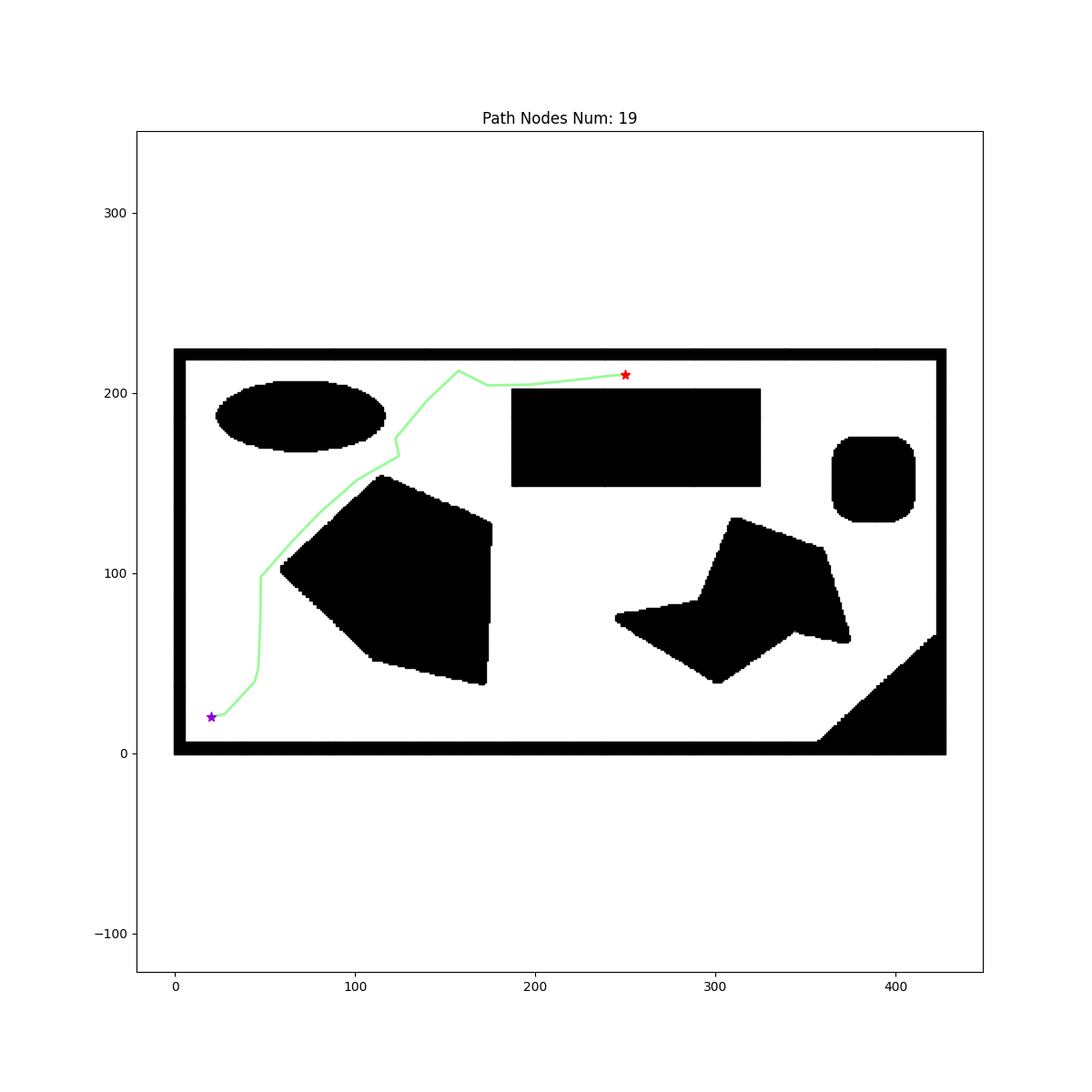
Repository: BaoL067/Pnc-Learning
Script's output: python sampling_based_planner/rrt_star.py
These files come from the project's save history. The script's output is drawn as it stood at one moment and after the next save; the edit follows.
The pictures are shown at 91% of full size.
Animations are shown at an early frame. Random numbers start from a fixed seed. It also reads sampling_based_planner/maps/map3.png.

Above is the script's output before, as saved 2024-10-06 15:42:05.

### sampling_based_planner/rrt_star.py
import math
import random

import sys
import matplotlib.pyplot as plt
import cv2
import pathlib
import numpy as np

SHOW_SAMPLING_PROCESS = True
random.seed(0)
class RRTStar:
    class Node:
        def __init__(self, x, y):
            # the position of node
            self.x = x
            self.y = y
            # the path between current node and its parent
            self.path_x = []
            self.path_y = []
            # the cost of node
            self.cost = 0
            # the parent of node
            self.parent = None

        def reset(self):
            self.path_x = []
            self.path_y = []
            self.parent = None


    def __init__(self,
                start,
                goal,
                x_rand_area,
                y_rand_area,
                obstacle_map = None,
                extend_dist = 10.0,
                path_resolution = 1.0,
                goal_sample_rate = 10,
                max_iter = 1000,
                near_nodes_dist_threshold = 30.0,
                search_until_max_iter = False):

        self.start = self.Node(start[0], start[1])
        self.end = self.Node(goal[0], goal[1])
        self.x_min_rand = x_rand_area[0]
        self.x_max_rand = x_rand_area[1]
        self.y_min_rand = y_rand_area[0]
        self.y_max_rand = y_rand_area[1]
        self.obstacle_map = obstacle_map
        self.extend_dist = extend_dist
        self.path_resolution = path_resolution
        self.goal_sample_rate = goal_sample_rate
        self.max_iter = max_iter

        self.near_nodes_dist_threshold = near_nodes_dist_threshold
        self.search_until_max_iter = search_until_max_iter

        self.goal_node = self.Node(goal[0], goal[1])
        self.node_list = []

    def planning(self):
        self.draw_start_and_goal()
        self.node_list = [self.start]

        for i in range(self.max_iter):
            # TODO: 1. generate random node within the x/y range
            random_node = self.generate_random_node()

            # TODO: 2. find the nearest node to random node in the tree
            nearest_node = min(self.node_list, key=lambda node: math.hypot(node.x - random_node.x, node.y - random_node.y))

            # TODO: 3. Steer the nearest_node to random with extend_dist
            dx = random_node.x - nearest_node.x
            dy = random_node.y - nearest_node.y
            d = math.hypot(dx, dy)
            if d >= self.path_resolution:
                new_node = self.Node(nearest_node.x + self.extend_dist * dx / d, nearest_node.y + self.extend_dist * dy / d)
                self.rewire(new_node, nearest_node)
            else:
                continue

            if self.check_collision_with_obs_map(new_node, self.obstacle_map):
                # RRT implementation
                self.node_list.append(new_node)

                # RRT* implementation
                # TODO: 4. find nodes near the new_node, and choose the parent which maintains a minimum-cost from the start node
                near_nodes = [node for node in self.node_list if math.hypot(node.x - new_node.x, node.y - new_node.y) <= self.near_nodes_dist_threshold]
                optimal_node = min(near_nodes, key=lambda node: node.cost + math.hypot(node.x - new_node.x, node.y - new_node.y))
                self.rewire(new_node, optimal_node)

                # # while near_nodes:
                # #     near_nodes.remove(optimal_node)
                # #     new_node.rewire(optimal_node)
                # #     if self.check_collision_with_obs_map(new_node, self.obstacle_map):
                # #         break
                # #     else:
                # #         new_node.reset()
                # #         continue

                # # TODO: 5. rewire the tree and draw current node and the edge between it and its parent node
                # for near_node in near_nodes:
                #     if near_node.cost > new_node.cost + math.hypot(near_node.x - new_node.x, near_node.y - new_node.y):
                #         near_node.rewire(new_node)
                #         if not self.check_collision_with_obs_map(near_node, self.obstacle_map):
                #             near_node.reset()
                #             continue
                #         # self.draw_node_and_edge(near_node)
            else:
                new_node.reset()
                continue

            # TODO: 6. check if the tree has extended to the vicinity of the goal point, if so, select a suitable
            # node directly to connect to the goal, if the edge does not collide with obstacles, the search can
            # be finished, return the entire path which is extracted by backtracking.
            if ((not self.search_until_max_iter) and new_node):
                if (math.hypot(new_node.x - self.end.x, new_node.y - self.end.y) <= self.extend_dist):
                    self.rewire(self.end, new_node)
                    if self.check_collision_with_obs_map(self.end, self.obstacle_map):
                        return self.backtracking(len(self.node_list) - 1)
                    else:
                        self.end.reset()

        print("reach max iteration")
        # TODO: 7. reach max iteration, backtracking to extract the path between the last node and the start node
        return self.backtracking(len(self.node_list) - 1)

    def generate_random_node(self):
        if random.randint(0, 100) > self.goal_sample_rate:
            random_node = self.Node(random.uniform(self.x_min_rand, self.x_max_rand),
                                    random.uniform(self.y_min_rand, self.y_max_rand))
            return random_node
        else:  # select goal point
            return self.Node(self.end.x, self.end.y)

    def backtracking(self, goal_idx):
        """
            backtracking from last index to retrieve the entire path.
        """
        path = [[self.end.x, self.end.y]]
        node = self.node_list[goal_idx]
        while node.parent is not None:
            path.append([node.x, node.y])
            node = node.parent
        path.append([node.x, node.y])

        return path

    def check_collision_with_obs_map(self, node, obstacle_map):
        if node is None or obstacle_map[round(node.x)][round(node.y)] == True:
            return False

        for x, y in zip(node.path_x, node.path_y):
            if (obstacle_map[round(x)][round(y)] == True):
                return False  # collision

        return True  # safe

    def draw_start_and_goal(self):
        plt.plot(self.start.x, self.start.y, marker='*', color='darkviolet', markersize=8, zorder=100000)
        plt.plot(self.end.x, self.end.y, marker='*', color='r', markersize=8, zorder=100000)

    def draw_node_and_edge(self, node):
        # for stopping simulation with the esc key.
        plt.gcf().canvas.mpl_connect('key_release_event',
                                    lambda event: [exit(0) if event.key == 'escape' else None])
        plt.plot(node.x, node.y, '.', color='cornflowerblue')
        if node.parent:
            plt.plot(node.path_x, node.path_y, '-', color='lightpink')
        if (SHOW_SAMPLING_PROCESS):
            plt.pause(0.00000001)

    def generate_path(self, node):
        dx = node.x - node.parent.x
        dy = node.y - node.parent.y
        d = math.hypot(dx, dy)

        steps = int(round(d / self.path_resolution))

        node.path_x = np.linspace(node.parent.x, node.x, steps).tolist()
        node.path_y = np.linspace(node.parent.y, node.y, steps).tolist()


    def rewire(self, node, new_parent):
        node.parent = new_parent
        self.generate_path(node)
        node.cost = new_parent.cost + math.hypot(node.x - new_parent.x, node.y - new_parent.y)



def preprocess_image(image, threshold):
    # convert to gray image
    gray_img = cv2.cvtColor(image, cv2.COLOR_RGB2GRAY)
    # binarization
    _, binary_img = cv2.threshold(gray_img, threshold, 255, cv2.THRESH_BINARY)
    return binary_img

def extract_obstacle_list_from_img(binary_img):
    obstacle_x_list = []
    obstacle_y_list = []
    # get the size of binary image
    rows, cols = binary_img.shape[:2]

    for i in range(rows):
        for j in range(cols):
            if binary_img[i, j] == 0:
                # convert image frame to world frame
                obstacle_x_list.append(j)
                obstacle_y_list.append(rows - i - 1)

    return obstacle_x_list, obstacle_y_list

def extract_obstacle_map_list_from_img(binary_img):
    # get the size of binary image
    img_rows, img_cols = binary_img.shape[:2]

    # convert image frame to world frame
    map_x_size = img_cols
    map_y_size = img_rows

    # construct obstacle map
    obstacle_map = [[False for y in range(map_y_size)] for x in range(map_x_size)]

    for x in range(map_x_size):
        for y in range(map_y_size):
            if binary_img[map_y_size - y - 1, x] == 0:
                obstacle_map[x][y] = True

    return obstacle_map

def main():
    # read image map
    image = cv2.imread(str(pathlib.Path.cwd()) + "\sampling_based_planner\maps\map3.png")
    # transform to binary image
    binary_img = preprocess_image(image, 127)
    # extract obstacle map from image
    obstacle_map = extract_obstacle_map_list_from_img(binary_img)

    x_size = len(obstacle_map)
    y_size = len(obstacle_map[0])

    obs_x_list, obs_y_list = [], []
    for x in range(len(obstacle_map)):
        for y in range(len(obstacle_map[0])):
            if obstacle_map[x][y] == True:
                obs_x_list.append(x)
                obs_y_list.append(y)

    plt.figure(figsize=(12, 12))
    plt.axis("equal")
    plt.plot(obs_x_list, obs_y_list, 'sk', markersize=2)

    rrt_star = RRTStar(
        start=[20, 20],
        goal=[250, 210],
        x_rand_area=[0, len(obstacle_map)],
        y_rand_area=[0, len(obstacle_map[0])],
        obstacle_map=obstacle_map,
        extend_dist=8.0,
        max_iter=3000,
        near_nodes_dist_threshold=30.0,
        search_until_max_iter=False)

    path = rrt_star.planning()
    path_nodes_num = len(path)

    if path is None:
        print("Cannot find path")
    else:
        print("Find path!")

    # draw final path
    plt.plot([x for (x, y) in path], [y for (x, y) in path], '-', linewidth=2.0, color='palegreen')
    plt.title(f"Path Nodes Num: {path_nodes_num}")
    plt.show()

if __name__ == '__main__':
    main()

After the next save:
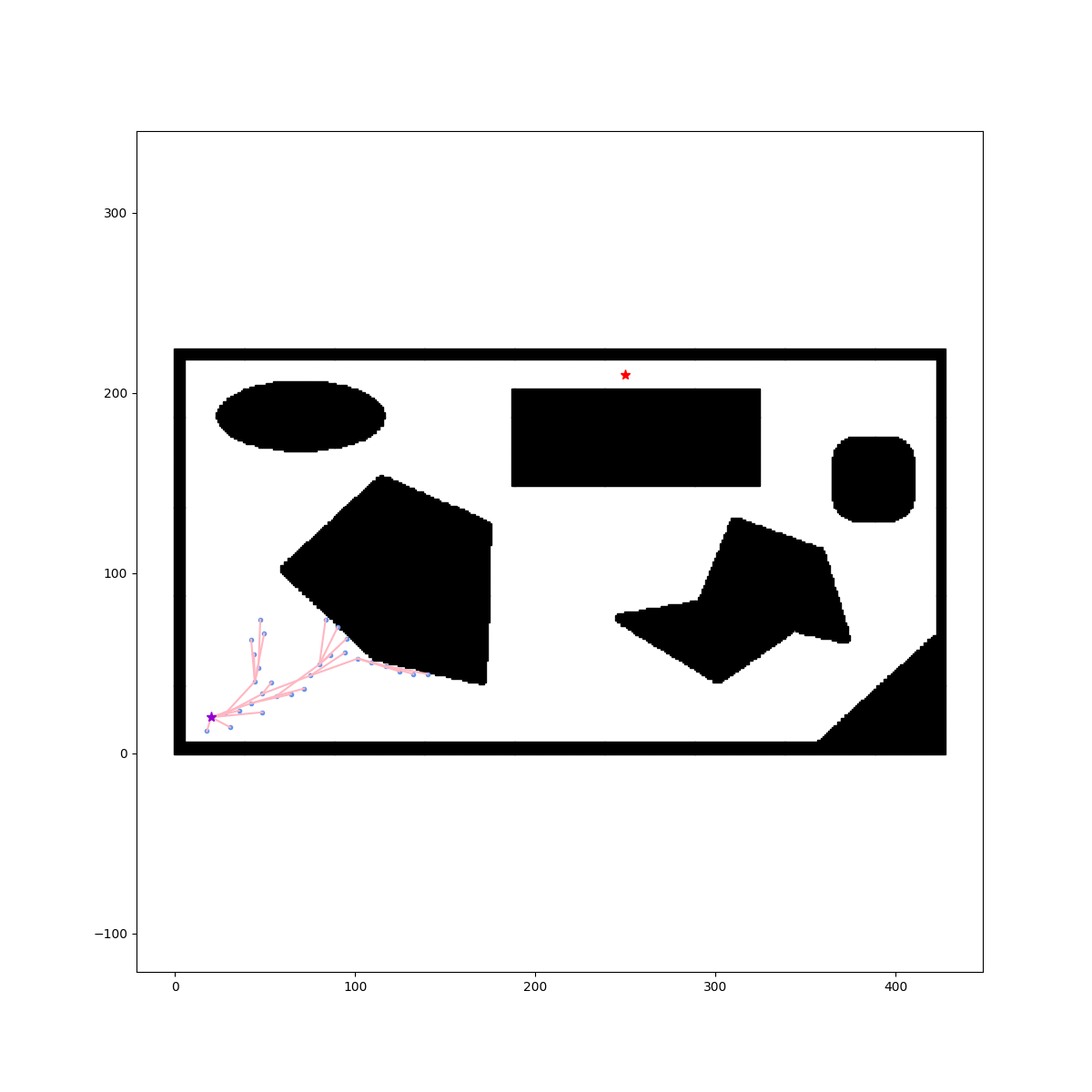
Saved 6 s later.
--- a/sampling_based_planner/rrt_star.py
+++ b/sampling_based_planner/rrt_star.py
@@ -90,7 +90,7 @@ class RRTStar:
                 near_nodes = [node for node in self.node_list if math.hypot(node.x - new_node.x, node.y - new_node.y) <= self.near_nodes_dist_threshold]
                 optimal_node = min(near_nodes, key=lambda node: node.cost + math.hypot(node.x - new_node.x, node.y - new_node.y))
                 self.rewire(new_node, optimal_node)
-
+                self.draw_node_and_edge(new_node)
                 # # while near_nodes:
                 # #     near_nodes.remove(optimal_node)
                 # #     new_node.rewire(optimal_node)
